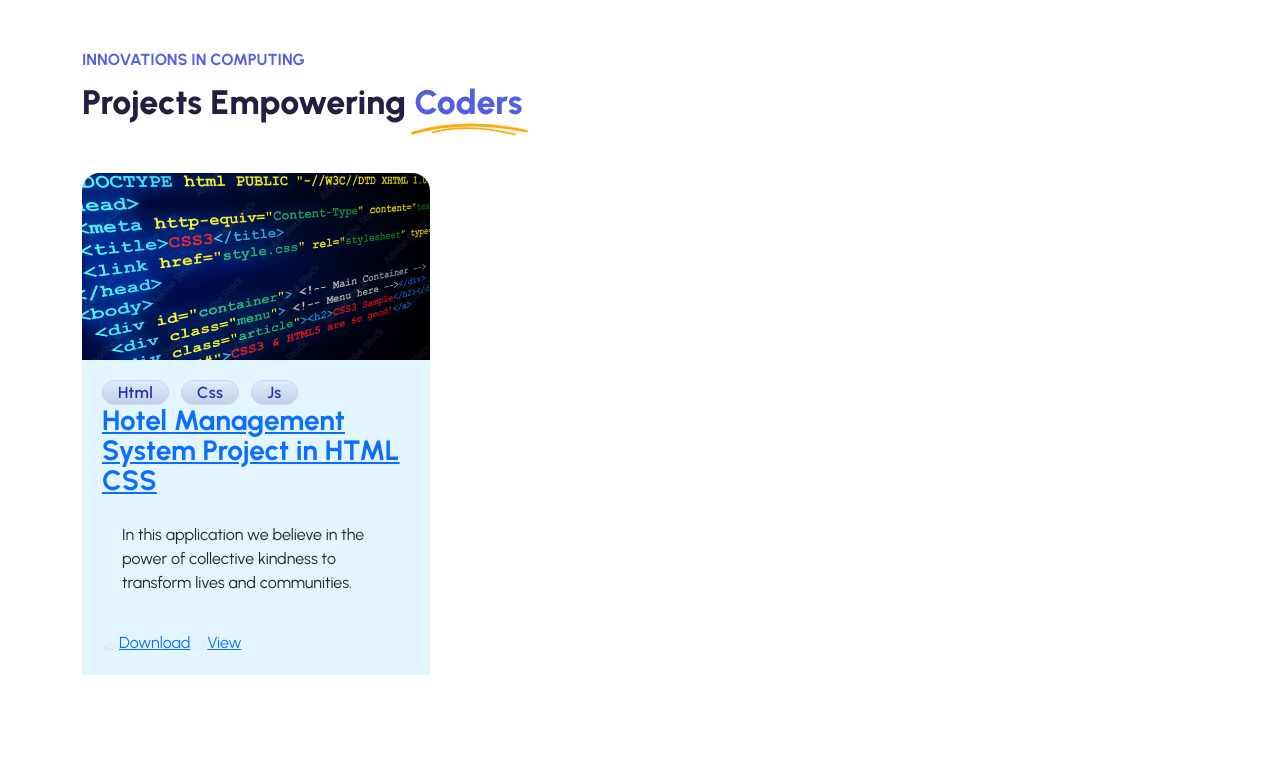
Repository: sharma171/jtccreativeideas
Page: /newsection (app in nextjssite/)
The author's editor kept a copy of each file at every save. The page is drawn from the files as they stood at one save, then again after the next save.
The browser window is 1280 px wide. The pictures show the whole page.
The project was rebuilt for these pictures with package versions that can differ from the ones it lists, and the page was loaded fresh each time. The framework's server and built-in components were replaced by stand-ins that run in the browser. Also part of the build but not shown: nextjssite/next.config.mjs.

Above is the page before, as saved 2024-03-28 14:09:00.

After the next save:
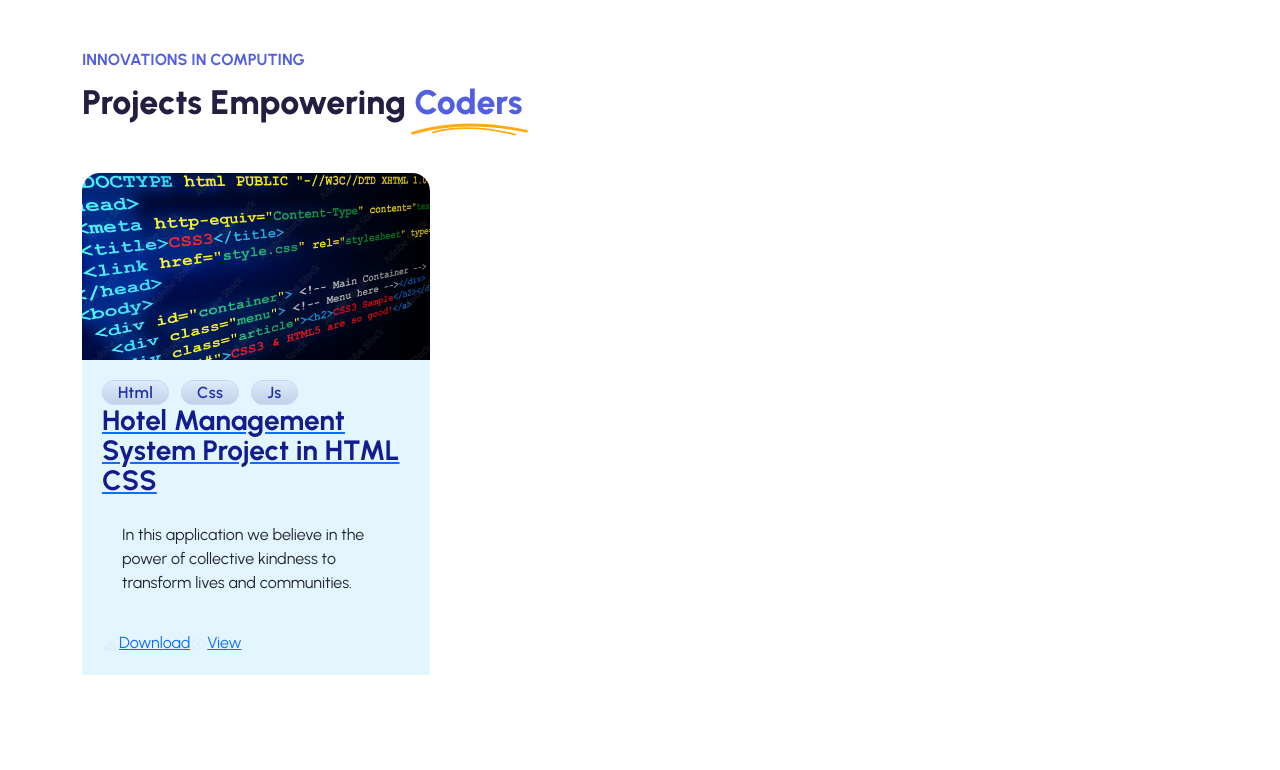
Saved 41 s later.
--- a/nextjssite/src/app/newsection/page.css
+++ b/nextjssite/src/app/newsection/page.css
@@ -85,4 +85,5 @@ section.projects {
     font-style: 24px;
     line-height: 30px;
     font-weight: 700;
+    color: #111D8F;
 }
